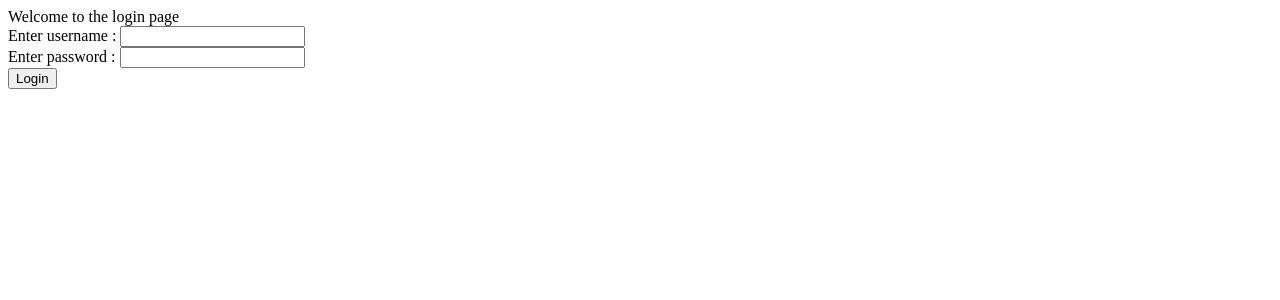
Repository: Sourabh-Gautam/epam-hometask
Page: http://localhost/onlinequizmanagement/view/loginpage.jsp
An editor plug-in stored every save of this project. The page is shown before and after a run of saves, followed by the edit.
The browser window is 1280 px wide. The pictures show the whole page.
The page is served by Tomcat 9. Other server files are loaded and not shown.

Above is the page before, as saved 2022-11-09 16:07:04.

### Spring/Spring Boot Web/onlinequizmanagement/src/main/webapp/view/loginpage.jsp
<%@ page language="java" contentType="text/html; charset=ISO-8859-1"
	pageEncoding="ISO-8859-1"%>
<!DOCTYPE html>
<html>
<head>
<meta charset="ISO-8859-1">
<title>Insert title here</title>
</head>
<body>
	Welcome to the login page
	<br />
	<form action="/user/login" , method="GET">
		Enter username : <input type="text" name="username" /><br /> Enter
		password : <input type="password" name="password" /><br /> <input
			type="submit" value="Login" />
	</form>

</body>
</html>

After the next 2 saves:
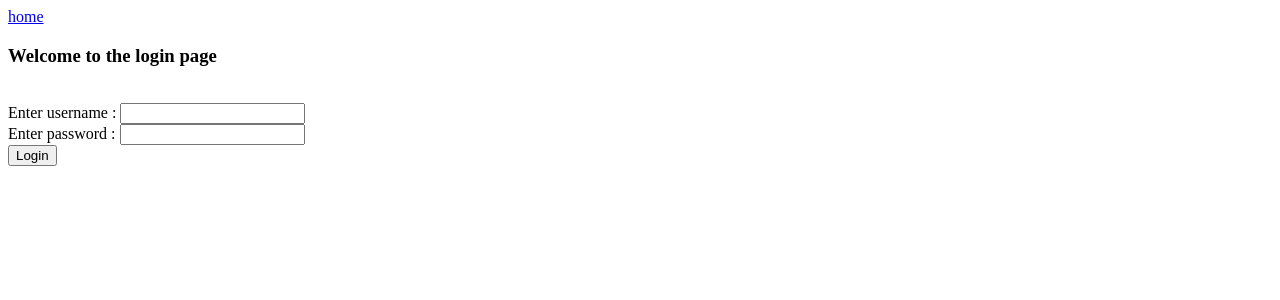
The 2 saves are shown as one change because they came seconds apart.
The last was saved 29 s later.
--- a/Spring/Spring Boot Web/onlinequizmanagement/src/main/webapp/view/loginpage.jsp
+++ b/Spring/Spring Boot Web/onlinequizmanagement/src/main/webapp/view/loginpage.jsp
@@ -7,7 +7,10 @@
 <title>Insert title here</title>
 </head>
 <body>
-	Welcome to the login page
+	<div>
+		<span><a href="/">home</a></span>
+	</div>
+	<h3>Welcome to the login page</h3>
 	<br />
 	<form action="/user/login" , method="GET">
 		Enter username : <input type="text" name="username" /><br /> Enter
